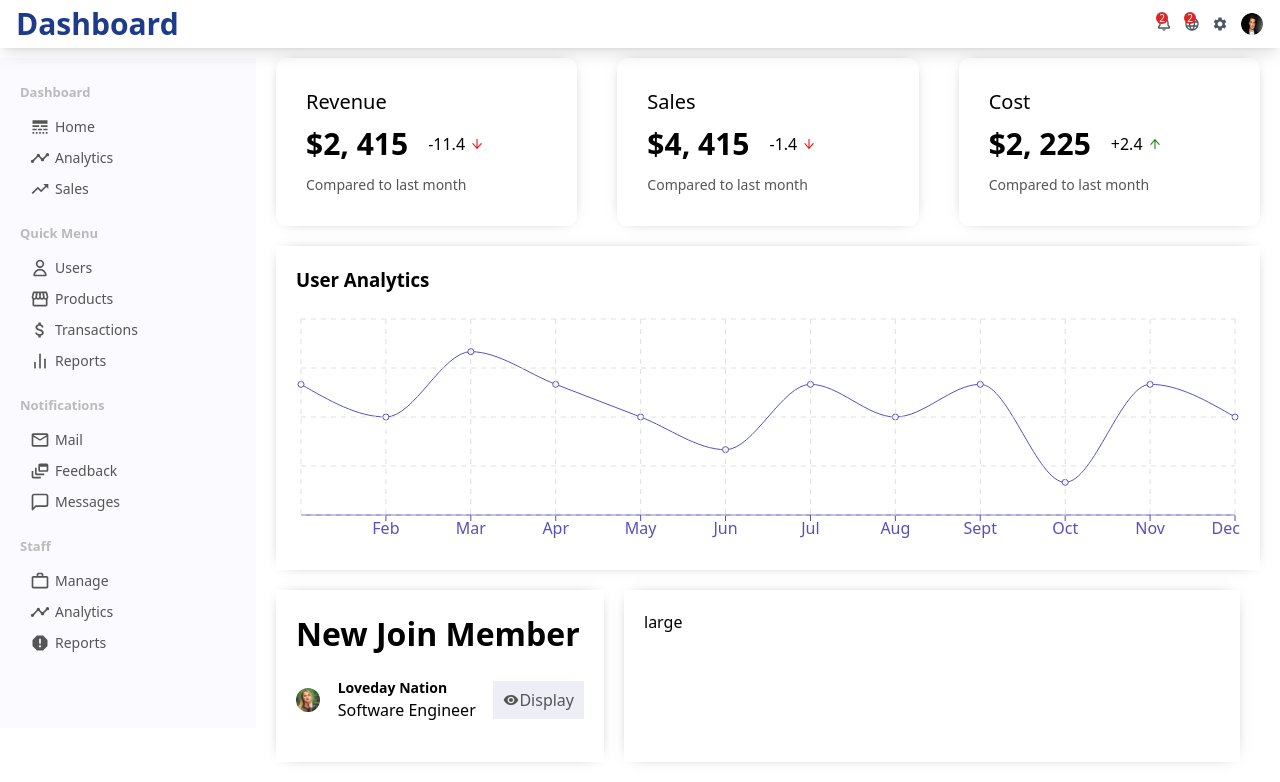
Repository: nation430/React-AdminDashboard
Page: /
The author's editor kept a copy of each file at every save. The page is drawn from the files as they stood at one save, then again after the next save.
The browser window is 1280 px wide. The pictures show the whole page.
The project was rebuilt for these pictures with package versions that can differ from the ones it lists, and the page was loaded fresh each time.

Above is the page before, as saved 2022-08-22 13:13:12.

After the next save:
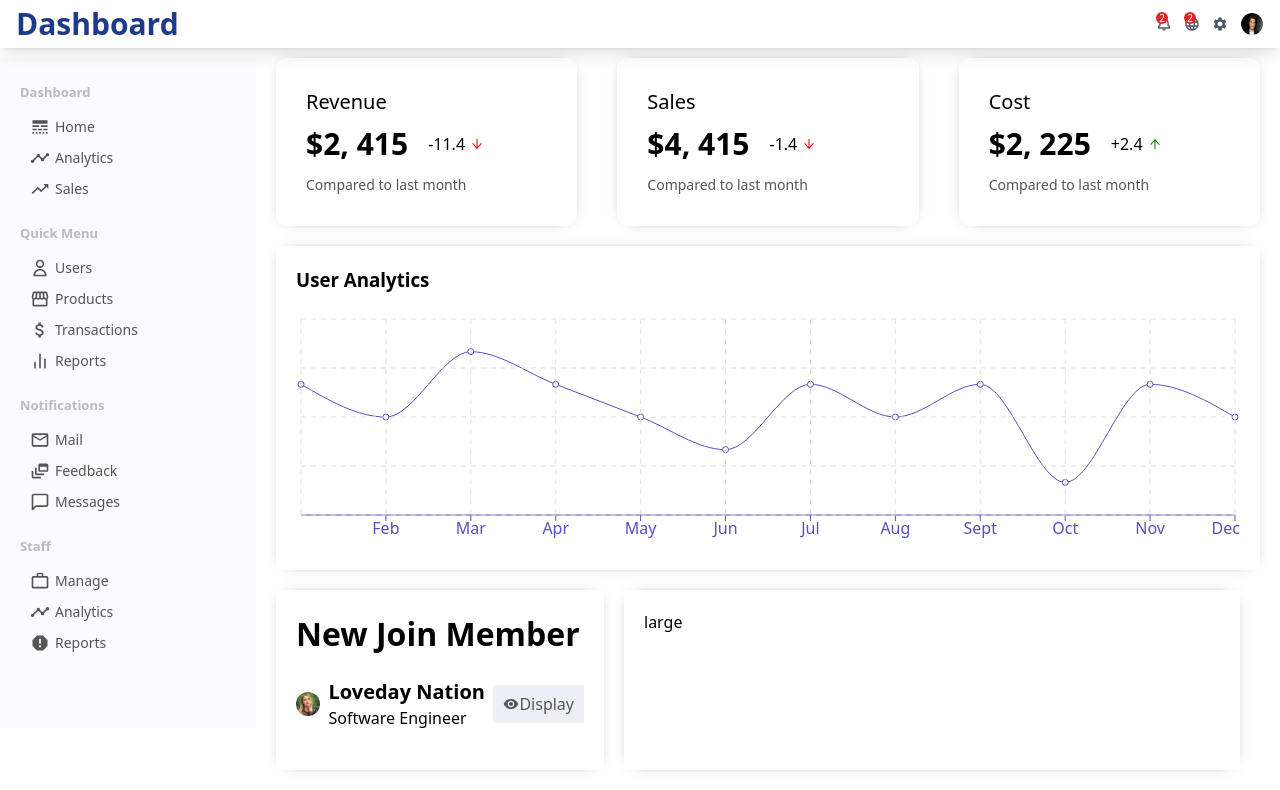
Saved 18 s later.
--- a/src/widgetSm/WidgetSm.jsx
+++ b/src/widgetSm/WidgetSm.jsx
@@ -9,7 +9,7 @@ export default function widgetSm(){
                 <li className="widgetSmListItem flex items-center justify-between">
                 <img src="images/member1.jpg" alt="MemberImg"  className="memberAvater w-6 h-6 rounded-full object-cover"/>
                 <div className="widegetSmUser flex flex-col	">
-                <span className="widgetSmUsername font-semibold text-sm">Loveday Nation</span>
+                <span className="widgetSmUsername font-semibold text-xl">Loveday Nation</span>
                  <span className="widgetSmUserTitle font-light">Software Engineer</span>
                 </div>
                 <button type="button" className="widgetSmButton bg-grey-900 flex items-center border-none">
